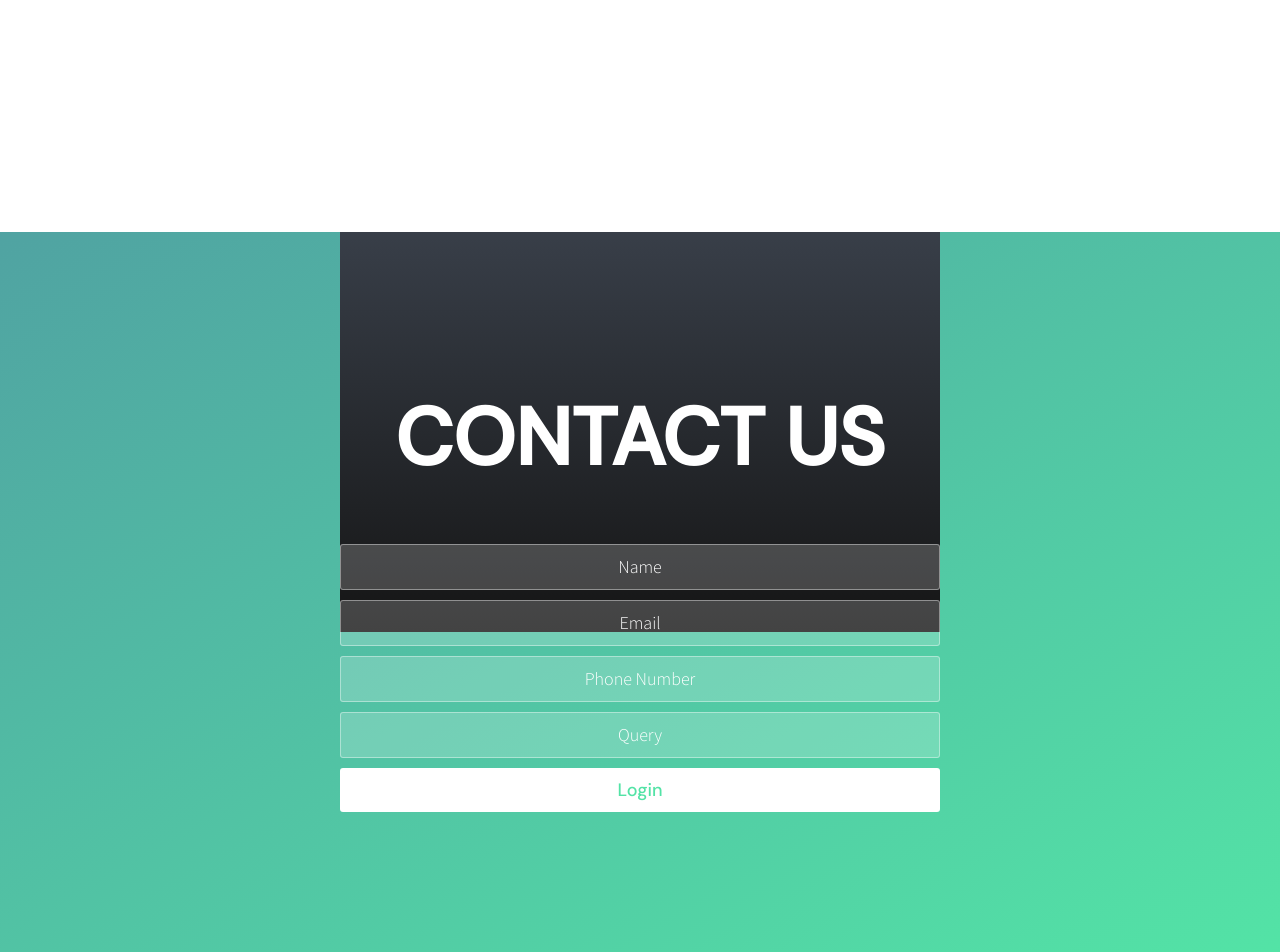
Repository: Jrap-bit/PeriodofSharing
Page: index.html
The author's editor kept a copy of each file at every save. The page is drawn from the files as they stood at one save, then again after the next save.
The browser window is 1280 px wide. The pictures show the part of the page from y = 1325 to 2277 px (the page is 2277 px tall).

Above is the page before, as saved 2022-01-16 01:17:01.

After the next save:
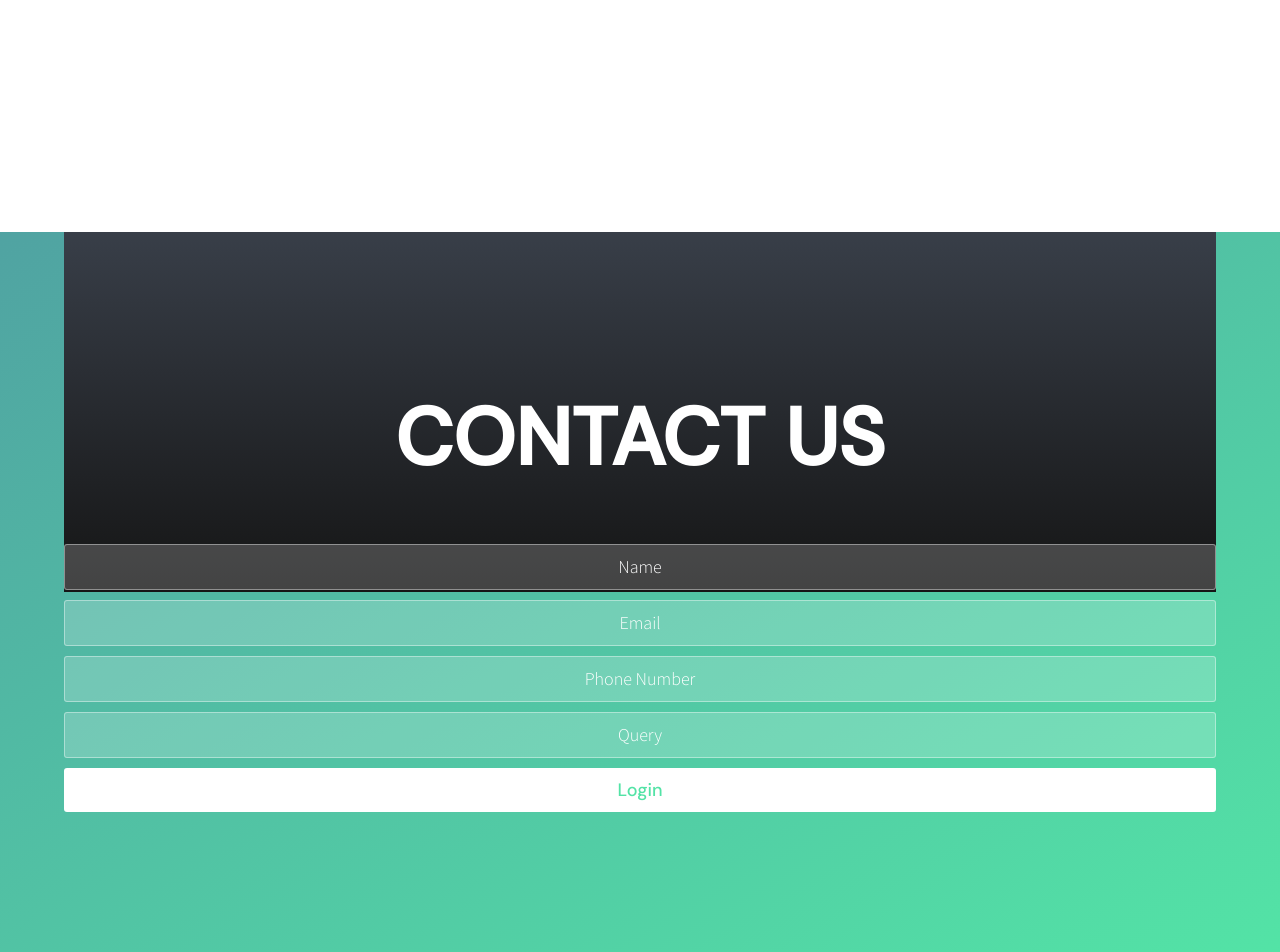
Saved 29 s later.
--- a/style.css
+++ b/style.css
@@ -55,10 +55,10 @@ body :-ms-input-placeholder {
     transform: translateY(85px);
 }
 .container {
-    max-width: 600px;
+    max-width: 90%;
     margin: 0 auto;
     padding: 80px 0;
-    height: 400px;
+    height: 50%;
     text-align: center;
     background: linear-gradient(rgba(51, 58, 69, 0.9), rgba(0, 0, 0, 0.8)), #686868;
 }
